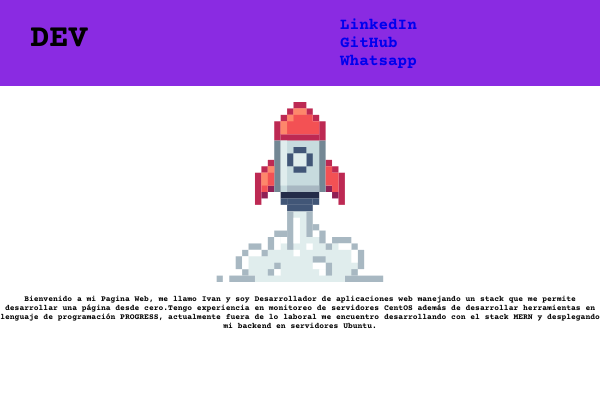
Repository: FxIvan/myweb
Page: /
These files come from the project's save history. The page is drawn as it stood at one moment and after the next save; the edit follows.
The browser window is 600 px wide. The pictures show the whole page.
The project was rebuilt for these pictures with package versions that can differ from the ones it lists, and the page was loaded fresh each time.

Above is the page before, as saved 2022-11-02 12:19:59.

### public/index.html
<!DOCTYPE html>
<html lang="en">
  <head>
    <meta charset="utf-8" />
    <link rel="icon" href="%PUBLIC_URL%/favicon.ico" />
    <meta name="viewport" content="width=device-width, initial-scale=1" />
    <meta name="theme-color" content="#000000" />
    <meta
      name="description"
      content="Web site created using create-react-app"
    />
    <link rel="apple-touch-icon" href="%PUBLIC_URL%/logo192.png" />
    <!--
      manifest.json provides metadata used when your web app is installed on a
      user's mobile device or desktop. See https://developers.google.com/web/fundamentals/web-app-manifest/
    -->
    <link rel="manifest" href="%PUBLIC_URL%/manifest.json" />
    <!--
      Notice the use of %PUBLIC_URL% in the tags above.
      It will be replaced with the URL of the `public` folder during the build.
      Only files inside the `public` folder can be referenced from the HTML.

      Unlike "/favicon.ico" or "favicon.ico", "%PUBLIC_URL%/favicon.ico" will
      work correctly both with client-side routing and a non-root public URL.
      Learn how to configure a non-root public URL by running `npm run build`.
    -->
    <title>My Web |Almendra Ivan 2022</title>
    <!--FONTS GOOGLE-->
    <link rel="preconnect" href="https://fonts.googleapis.com">
    <link rel="preconnect" href="https://fonts.gstatic.com" crossorigin>
    <link href="https://fonts.googleapis.com/css2?family=Courier+Prime:wght@700&display=swap" rel="stylesheet">
  </head>
  <body>
    <noscript>You need to enable JavaScript to run this app.</noscript>
    <div id="root"></div>
    <!--
      This HTML file is a template.
      If you open it directly in the browser, you will see an empty page.

      You can add webfonts, meta tags, or analytics to this file.
      The build step will place the bundled scripts into the <body> tag.

      To begin the development, run `npm start` or `yarn start`.
      To create a production bundle, use `npm run build` or `yarn build`.
    -->
  </body>
</html>

### src/index.js
import React from 'react';
import ReactDOM from 'react-dom/client';
import './index.css';
import App from './App';
import reportWebVitals from './reportWebVitals';
import { BrowserRouter } from 'react-router-dom';


const root = ReactDOM.createRoot(document.getElementById('root'));
root.render(
  <React.StrictMode>
    <App />
  </React.StrictMode>
);

// If you want to start measuring performance in your app, pass a function
// to log results (for example: reportWebVitals(console.log))
// or send to an analytics endpoint. Learn more: https://bit.ly/CRA-vitals
reportWebVitals();

### src/App.js
import { Routes, Route, HashRouter} from "react-router-dom";
import { Header } from "./component/header/header";

function App() {
  return (
    <HashRouter>
    <Routes>
        <Route path="/" element={<Header/>} />
    </Routes>
    </HashRouter>
  );
}

export default App;

### src/component/header/header.js
import React from 'react'
import '../css/header.css'
import { Section1 } from '../section1/section1'


export const Header = () =>{
    return(
        <div>
        <header>
            <div className='container-header'>
                <div className='subcontainer-header'>
                    <div className='container-header-logo'>
                        <h1>DEV</h1>
                    </div>
                    <div className='container-header-link'>
                        <ul>
                            <li><a href='https://www.linkedin.com/in/devalmendra/' target='_blanck'>LinkedIn</a></li>
                            <li><a href='https://github.com/FxIvan' target='_blanck'>GitHub</a></li>
                            <li><a href='https://api.whatsapp.com/send/?phone=541136887781&text&type=phone_number&app_absent=0' target='_blanck'>Whatsapp</a></li>
                        </ul>
                    </div>
                </div>
            </div>
        </header>
        <section>
            <div>
                <Section1/>
            </div>
        </section>
        </div>
    )
}

### src/component/css/header.css
@media only screen and (min-width: 701px) {
*{
    font-family: 'Courier Prime', monospace;
}

header{
    background-color: blueviolet;
}

.container-header{
    margin: auto;
}

.subcontainer-header{
    display: flex;
    width: 90%;
    margin: auto;
    align-items: center;
}

.container-header-logo{
    width: 70%;
}
.container-header-link{
    width: 30%;
}
.container-header-link ul, a{
    display: flex;
    text-decoration: none;
    list-style: none;
    font-family: 'Courier Prime', monospace;
    font-weight: bolder;
    font-size: 16px;
    color: white;
}

.container-header-link ul li{
    margin-left: 1rem;
}

.container-presentacion{
    width: 70%;
    margin: auto;
    margin-top: 2rem;
    align-items: center;
    display: flex;
}

.pesentacion-img img{
    height: 40vh;
    width: 100%;
}

.presentacion-text p{
    font-size: 18px;
}
}

@media only screen and (max-width: 700px) {
    *{
        font-family: 'Courier Prime', monospace;
    }

    header{
        background-color: blueviolet;
    }

    .container-header{
        width: 90%;
        margin: auto;
    }

    .subcontainer-header{
        display: flex;
    }

    .container-header-logo{
       width: 50%;
    }
    .container-header-link{
       width: 40%;
    }
    .container-header-link ul, a{
        list-style: none;
        text-decoration: none;
    }

    .container-header-link ul li{

    }

    .container-presentacion{
        width: 100%;
        text-align: center;
        margin-top: 1rem;
    }

    .pesentacion-img{
        width: 30%;
        margin: auto;
    }
    .pesentacion-img img{
        width: 100%;
    }

    .presentacion-text{
        width: 100%;
    }
    .presentacion-text p{
      font-size: 8px;
      width: 100%;
    }
}

### src/component/section1/section1.js
import React from 'react'
import cohete from '../../media/img/coheteSection.svg'


export const Section1 = () =>{
    return(
        <div>
            <div className='container-presentacion'>
                <div className='pesentacion-img'>
                    <img src={cohete}/>
                </div>
                <div className='presentacion-text'>
                    <div>
                        <p>Bienvenido a mi Pagina Web, me llamo Ivan y soy Desarrollador de aplicaciones web manejando un stack que me permite desarrollar una página desde cero.Tengo experiencia en monitoreo de servidores CentOS además de desarrollar herramientas en lenguaje de programación PROGRESS, actualmente fuera de lo laboral me encuentro desarrollando con el stack MERN y desplegando mi backend en servidores Ubuntu. </p>
                    </div>
                </div>
            </div>
        </div>
    )
}

Loaded but not shown: src/index.css (common file); src/reportWebVitals.js (common file)

After the next save:
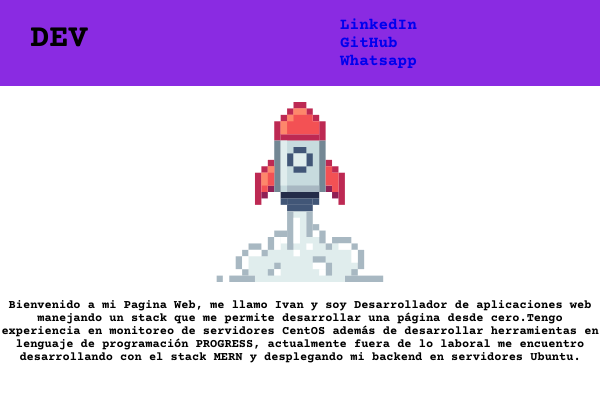
Saved 27 min 5 s later.
--- a/src/component/css/header.css
+++ b/src/component/css/header.css
@@ -107,7 +107,7 @@
         width: 100%;
     }
     .presentacion-text p{
-      font-size: 8px;
+      font-size: 12px;
       width: 100%;
     }
 }
